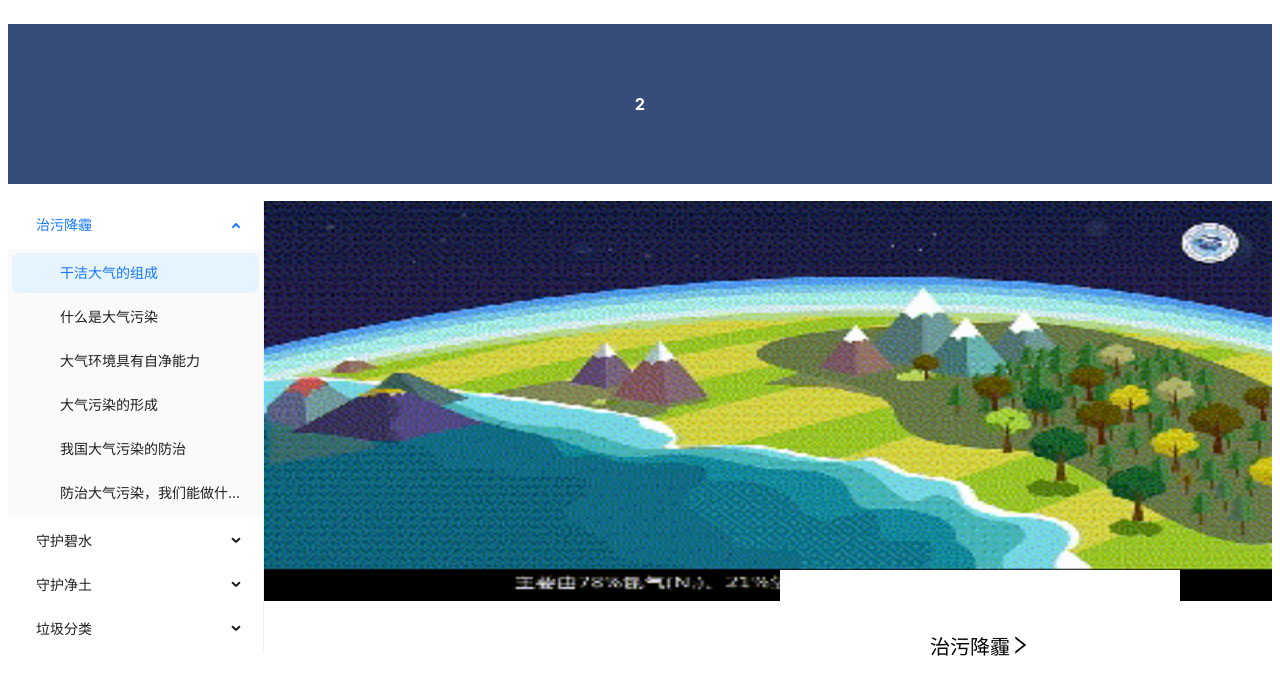
Repository: samllbin/summerWeb
Page: /
These files come from the project's save history. The page is drawn as it stood at one moment and after the next save; the edit follows.
The browser window is 1280 px wide. The pictures show the whole page.
The project was rebuilt for these pictures with package versions that can differ from the ones it lists, and the page was loaded fresh each time. Also part of the build but not shown: vite.config.js, components/menu/config.js, components/content/index.module.css, components/content/index.jsx.

Above is the page before, as saved 2024-07-22 15:41:45.

### src/App.jsx
import React, { useState } from "react";
import style from "./assets/index.module.css";
import Carousel from "@components/carousel/index";
import MenuTab from "@components/menu/MenuTab";
import Content from "@components/content";
import Article from "@components/article";

export default function App() {
  const [current, setCurrent] = useState("1");
  return (
    <div>
      <Carousel />
      <div className={style.layout}>
        <MenuTab setCurrent={setCurrent} current={current} />
        {/* <Content /> */}
        <Article type={"all"} />
      </div>
    </div>
  );
}

### src/assets/index.module.css
.layout {
  display: flex;
}

### components/carousel/index.jsx
import React from "react";
import { Carousel } from "antd";
import style from "./index.module.css";

export default function carousel() {
  return (
    <Carousel autoplay>
      <div>
        <h3 className={style.contentStyle}>1</h3>
      </div>
      <div>
        <h3 className={style.contentStyle}>2</h3>
      </div>
      <div>
        <h3 className={style.contentStyle}>3</h3>
      </div>
      <div>
        <h3 className={style.contentStyle}>4</h3>
      </div>
    </Carousel>
  );
}

### components/menu/MenuTab.jsx
import React from "react";
import { Menu } from "antd";
import { useState } from "react";
import { config } from "./config";

export default function MenuTab({ current, setCurrent }) {
  const onClick = (e) => {
    console.log("click ", e);
    setCurrent(e.key);
  };
  return (
    <div>
      <Menu
        onClick={onClick}
        style={{ width: 256 }}
        defaultOpenKeys={["sub1"]}
        selectedKeys={[current]}
        mode="inline"
        items={config}
      />
    </div>
  );
}

### components/article/index.jsx
import React from "react";
import style from "./index.module.css";
import { RightOutlined } from "@ant-design/icons";

export default function Article({ type, imgURL }) {
  return (
    <div className={style.layout}>
      {type === "all" ? (
        <div className={style.allLayout}>
          <img
            src="../../public/大气组成.png"
            alt="article"
            className={style.allImage}
          />
          <div className={style.allTitle}>
            治污降霾
            <RightOutlined />
          </div>
        </div>
      ) : (
        // 这里可以添加当 type 不为 "all" 时你想渲染的内容
        <p>显示特定类型的文章</p>
      )}
    </div>
  );
}

### components/carousel/index.module.css
.contentStyle {
  height: 160px;
  color: #fff;
  line-height: 160px;
  text-align: center;
  background: #364d79;
}

### components/article/index.module.css
.layout {
  display: flex;
  height: 400px;
  width: 100%;
}
.allLayout {
  display: flex;
  width: 100%;
}
.allImage {
  width: 100%;
}

.allTitle {
  display: flex;
  align-items: center;
  justify-content: center;
  position: absolute;
  right: 100px;
  bottom: 0;
  background-color: #fff;
  width: 400px;
  height: 150px;
  font-size: 20px;
  font-weight: 500;
}

Loaded but not shown: index.html (common file); src/main.jsx (common file)

After the next save:
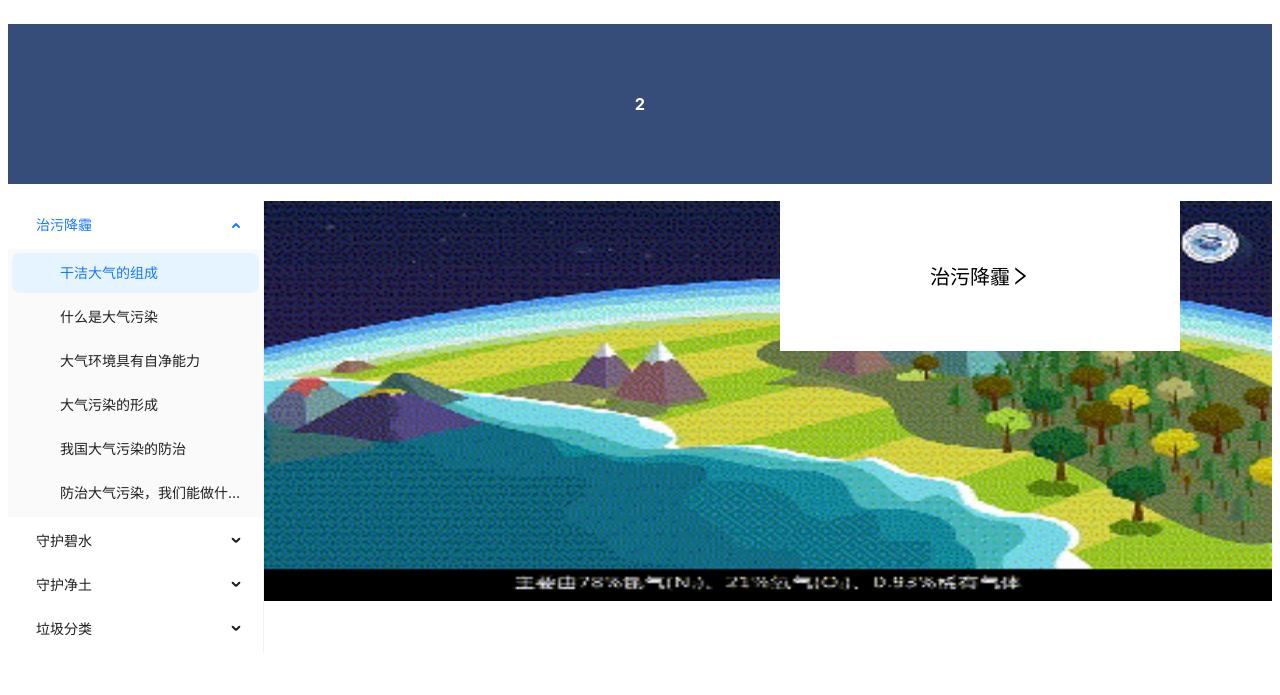
Saved 4 s later.
--- a/components/article/index.module.css
+++ b/components/article/index.module.css
@@ -17,7 +17,7 @@
   justify-content: center;
   position: absolute;
   right: 100px;
-  bottom: 0;
+  /* bottom: 0; */
   background-color: #fff;
   width: 400px;
   height: 150px;

After the save that followed:
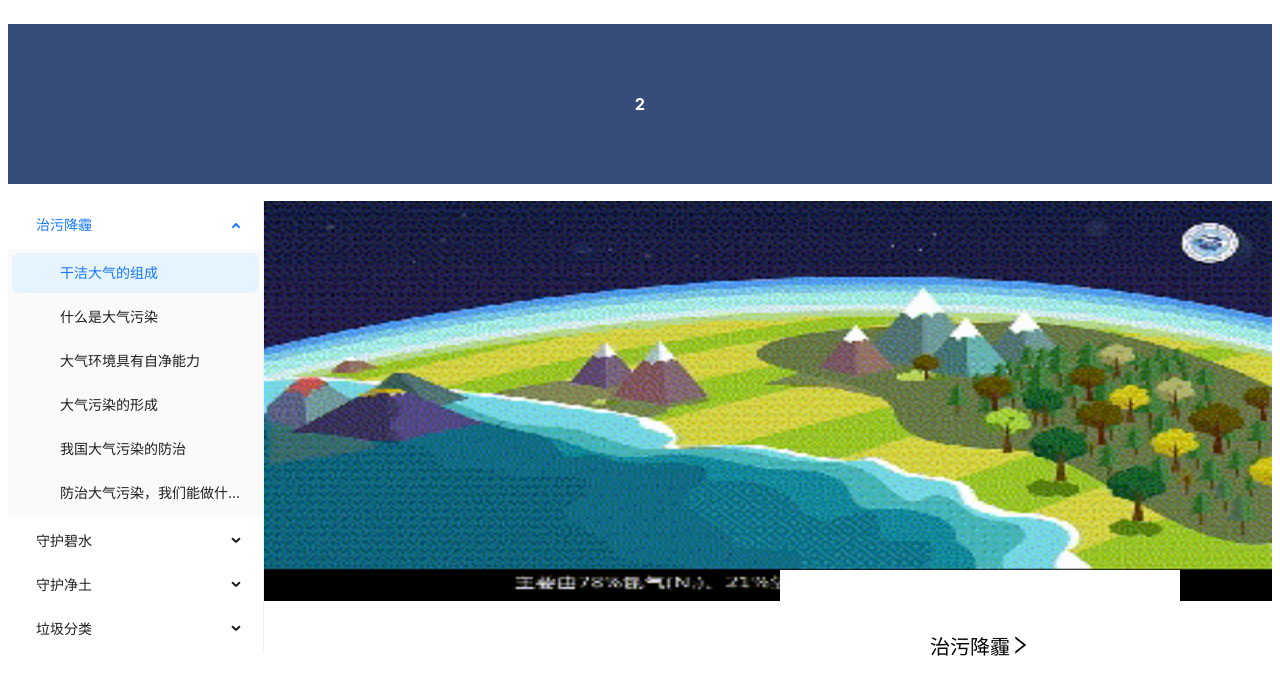
Saved 6 s later.
--- a/components/article/index.module.css
+++ b/components/article/index.module.css
@@ -17,7 +17,7 @@
   justify-content: center;
   position: absolute;
   right: 100px;
-  /* bottom: 0; */
+  bottom: 0;
   background-color: #fff;
   width: 400px;
   height: 150px;
